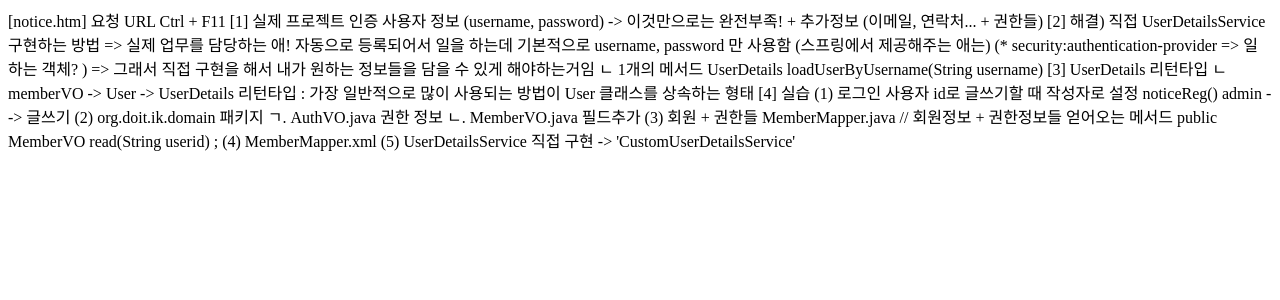
Repository: Vida0822/-
Page: SL11_SECURITY3_USERDETAILSSERVICE/src/main/webapp/customer/notice.htm
The author's editor kept a copy of each file at every save. The page is drawn from the files as they stood at one save, then again after the next save.
The browser window is 1280 px wide. The pictures show the whole page.

Above is the page before, as saved 2023-07-05 02:42:05.

### SL11_SECURITY3_USERDETAILSSERVICE/src/main/webapp/customer/notice.htm
[notice.htm] 요청 URL
Ctrl + F11

[1] 실제 프로젝트
	인증 사용자 정보 (username, password) -> 이것만으로는 완전부족!
	+ 추가정보 (이메일, 연락처... + 권한들)

[2] 해결) 직접 UserDetailsService 구현하는 방법
=> 실제 업무를 담당하는 애! 자동으로 등록되어서 일을 하는데 기본적으로 username, password 만 사용함 (스프링에서 제공해주는 애는)
	(* security:authentication-provider  => 일하는 객체? )
=> 그래서 직접 구현을 해서 내가 원하는 정보들을 담을 수 있게 해야하는거임

	ㄴ 1개의 메서드
		UserDetails loadUserByUsername(String username)

[3] UserDetails 리턴타입
	ㄴ  memberVO -> User -> UserDetails 리턴타입
	: 가장 일반적으로 많이 사용되는 방법이 User 클래스를 상속하는 형태

[4] 실습
	(1)  로그인 사용자 id로 글쓰기할 때 작성자로 설정
	noticeReg()		admin --> 글쓰기

	(2) org.doit.ik.domain 패키지
		ㄱ. AuthVO.java 권한 정보
		ㄴ. MemberVO.java 필드추가

	(3) 회원 + 권한들 MemberMapper.java
	 // 회원정보 + 권한정보들 얻어오는 메서드
   public MemberVO read(String userid) ;

   (4) MemberMapper.xml

   (5) UserDetailsService 직접 구현 -> 'CustomUserDetailsService'

After the next save:
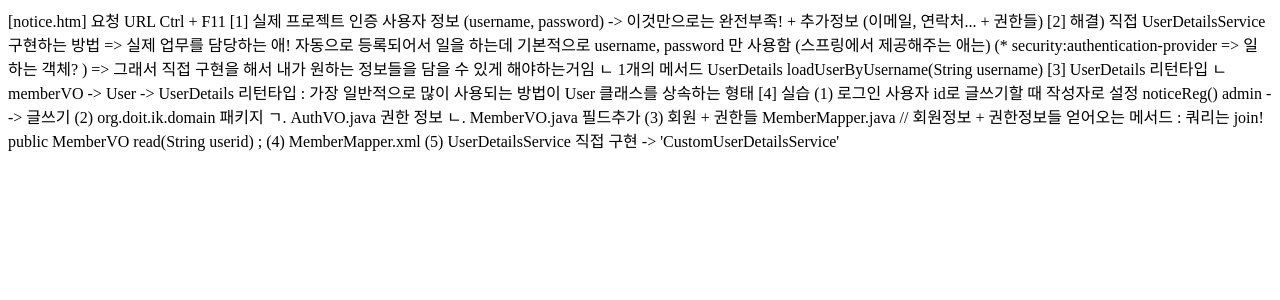
Saved 22 s later.
--- a/SL11_SECURITY3_USERDETAILSSERVICE/src/main/webapp/customer/notice.htm
+++ b/SL11_SECURITY3_USERDETAILSSERVICE/src/main/webapp/customer/notice.htm
@@ -26,7 +26,7 @@ Ctrl + F11
 		ㄴ. MemberVO.java 필드추가
 
 	(3) 회원 + 권한들 MemberMapper.java
-	 // 회원정보 + 권한정보들 얻어오는 메서드
+	 // 회원정보 + 권한정보들 얻어오는 메서드 : 쿼리는 join!
    public MemberVO read(String userid) ;
 
    (4) MemberMapper.xml
